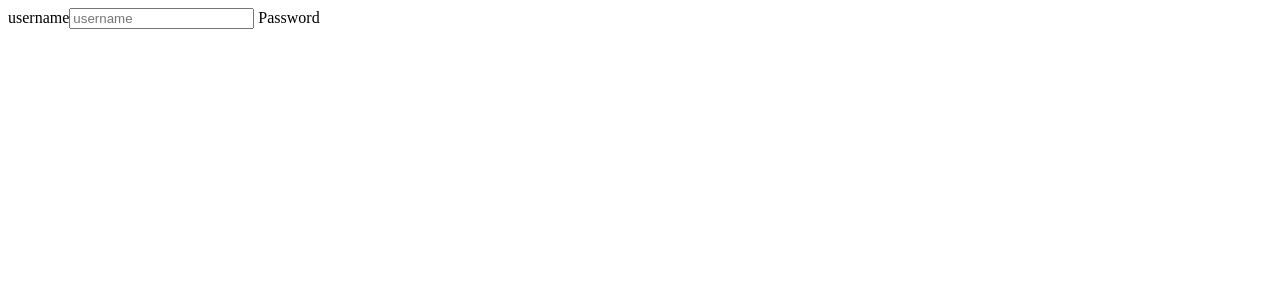
Repository: OrusuRatnamala/JAVA
Page: servlets/Sample/WebContent/New1.html
These files come from the project's save history. The page is drawn as it stood at one moment and after the next save; the edit follows.
The browser window is 1280 px wide. The pictures show the whole page.

Above is the page before, as saved 2023-09-14 22:14:33.

After the next save:
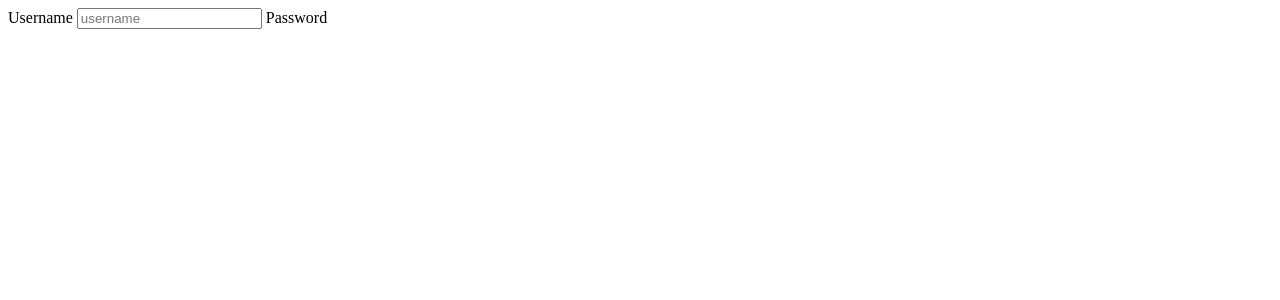
Saved 34 s later.
--- a/servlets/Sample/WebContent/New1.html
+++ b/servlets/Sample/WebContent/New1.html
@@ -5,8 +5,8 @@
 <title>Insert title here</title>
 </head>
 <body>
-username<input type="text" name ="username" placeholder="username"/>
-Password<nput type="password" name="password"vplaceholder="password/>
+Username <input type="text" name ="username" placeholder="username"/>
+Password <nput type="password" name="password" placeholder="password/>
 <input type="Submit"/>
 
 </body>
